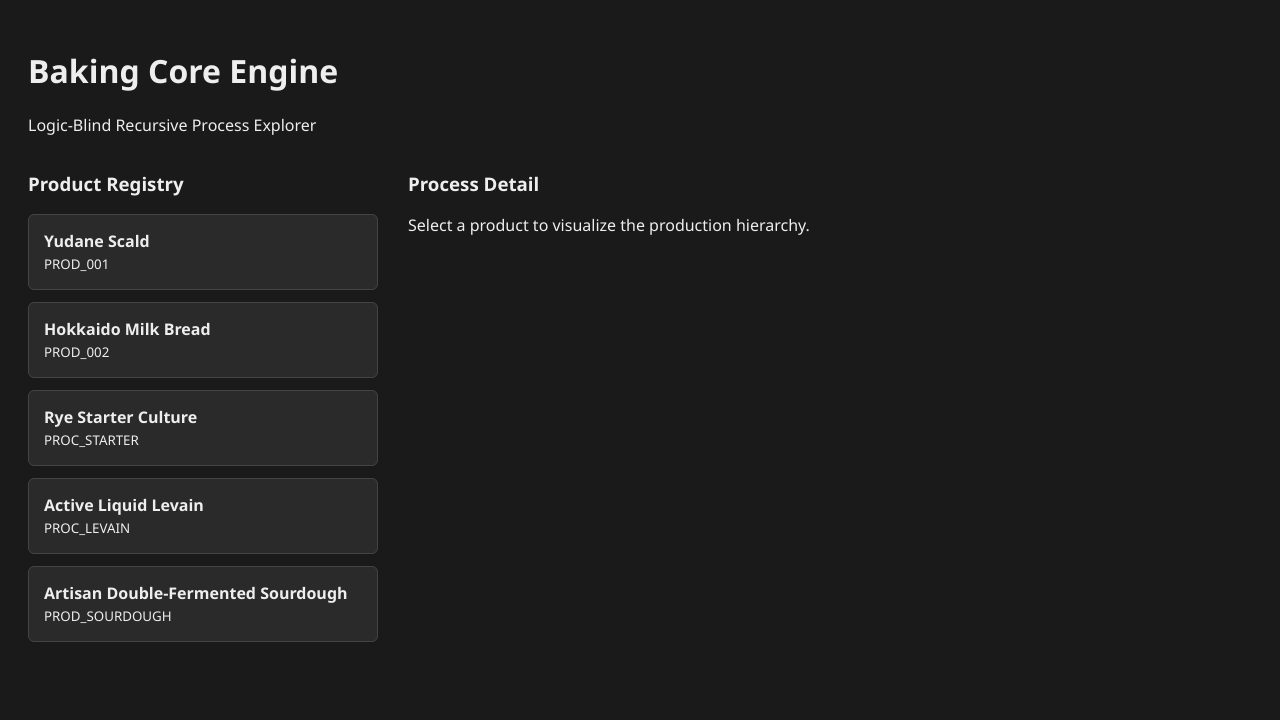
Repository: dkg11hu/baking-core
Page: index.html
The author's editor kept a copy of each file at every save. The page is drawn from the files as they stood at one save, then again after the next save.
The browser window is 1280 px wide. The pictures show the whole page.

Above is the page before, as saved 2026-01-01 19:54:57.

After the next save:
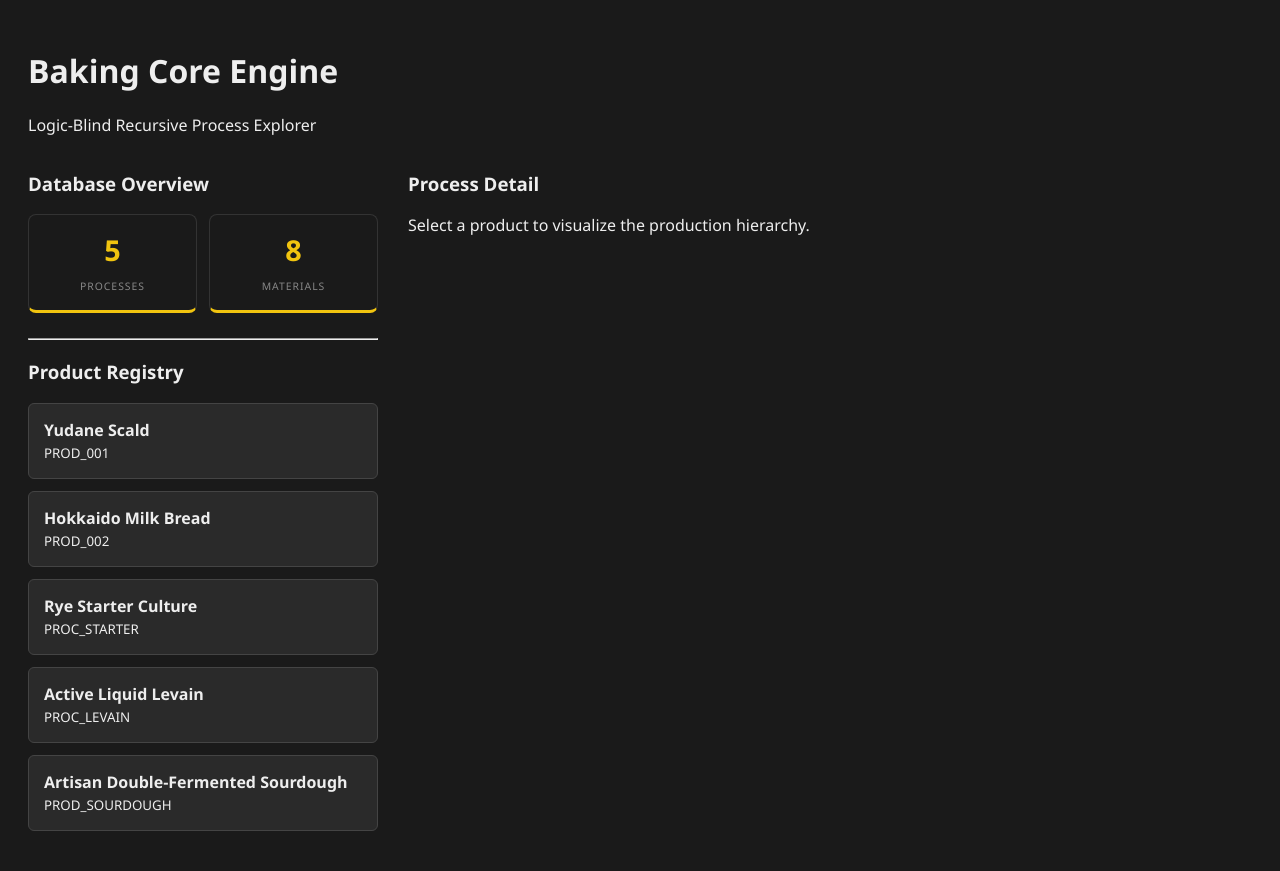
Saved 43 s later.
--- a/index.html
+++ b/index.html
@@ -15,13 +15,20 @@
 
     <div class="dashboard">
         <aside class="filter-panel">
+            <h3>Database Overview</h3>
+            <div id="stats-summary" class="stats-grid"></div>
+
+            <hr class="divider">
+
             <h3>Product Registry</h3>
             <div id="product-list">Loading database...</div>
         </aside>
 
         <main class="process-view">
-            <h3>Process Detail</h3>
-            <div id="output">Select a product to visualize the production hierarchy.</div>
+            <div id="output">
+                <h3>Process Detail</h3>
+                <p>Select a product to visualize the production hierarchy.</p>
+            </div>
         </main>
     </div>
 
